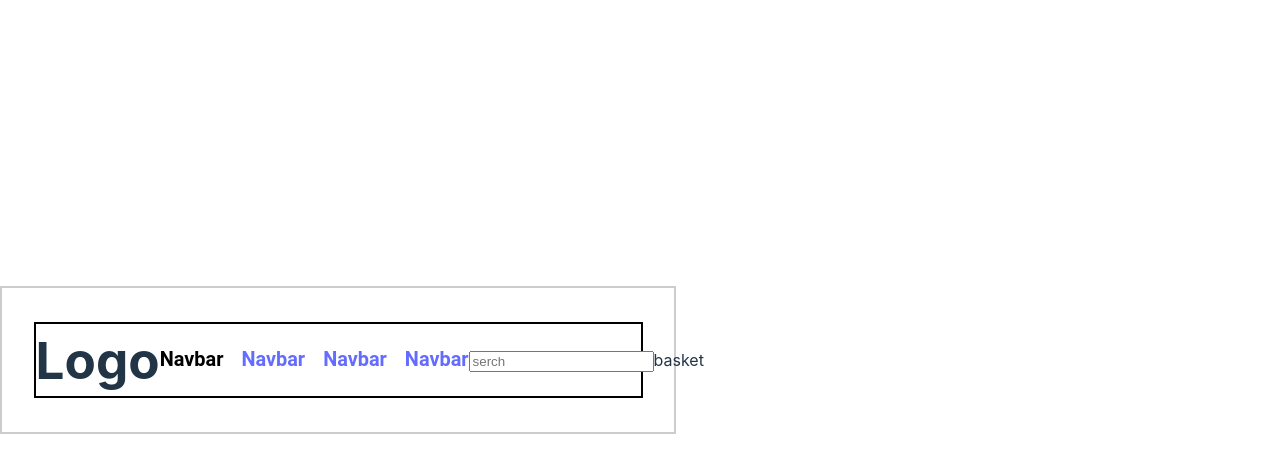
Repository: Islam432/Islam-and-Arsi---team
Page: /
An editor plug-in stored every save of this project. The page is shown before and after a run of saves, followed by the edit.
The browser window is 1280 px wide. The pictures show the whole page.
The project was rebuilt for these pictures with package versions that can differ from the ones it lists, and the page was loaded fresh each time. Also part of the build but not shown: vite.config.js, src/App.css.

Above is the page before, as saved 2023-03-09 23:13:42.

After the next 2 saves:
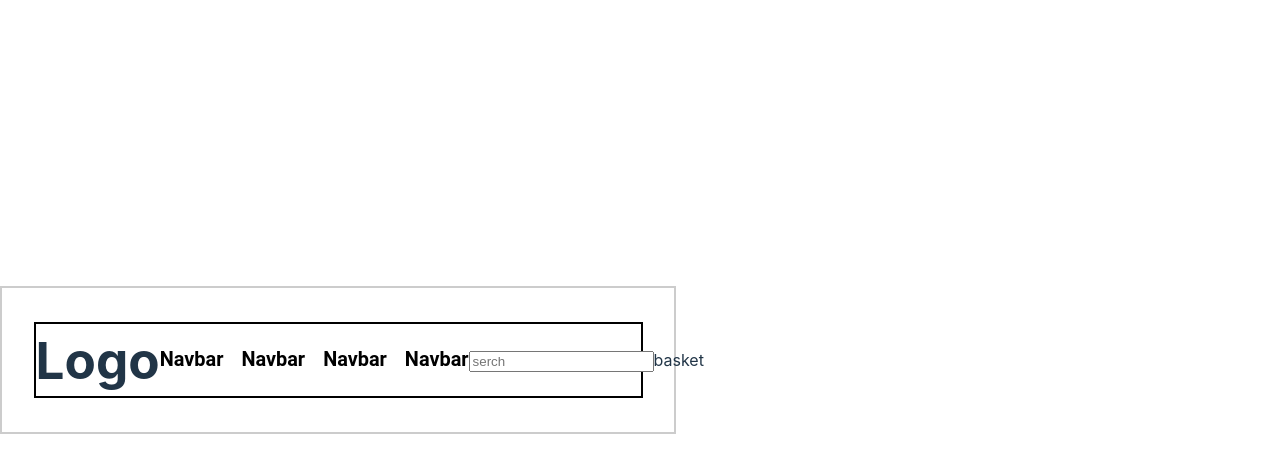
The 2 saves are shown as one change because they came seconds apart.
The last was saved 11 s later.
--- a/src/components/Navbar/Navbar.jsx
+++ b/src/components/Navbar/Navbar.jsx
@@ -12,15 +12,16 @@ export const Navbar = () => {
           <NavLink className={styles.NavLink}>
             <h3>Navbar</h3>
           </NavLink>
-          <NavLink>
+          <NavLink className={styles.NavLink}>
             <h3>Navbar</h3>
           </NavLink>
-          <NavLink>
+          <NavLink className={styles.NavLink}>
             <h3>Navbar</h3>
           </NavLink>
-          <NavLink>
+          <NavLink className={styles.NavLink}>
             <h3>Navbar</h3>
           </NavLink>
+
         </div>
 
         <div className={styles.inputblok}>
